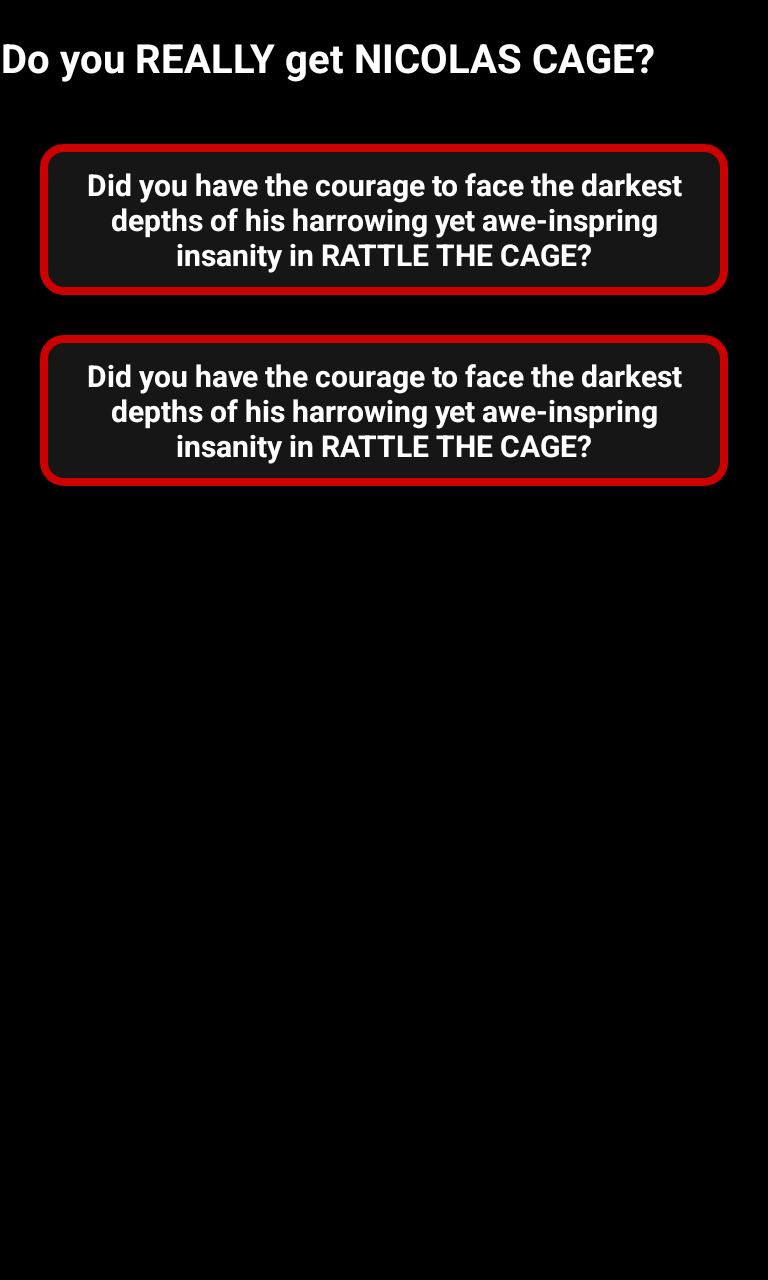
Repository: kylenicola/NicCageMobileApp
Layout: NicolasCageApp/res/layout/activity_score_menu.xml
These files come from the project's save history. The layout is drawn as it stood at one moment and after the next save; the edit follows.
It is drawn on a 768 x 1280 px phone screen (xhdpi) without system bars, with theme AppTheme; the app's code is not run.

Above is the layout before, as saved 2014-12-04 02:43:03.

After the next save:
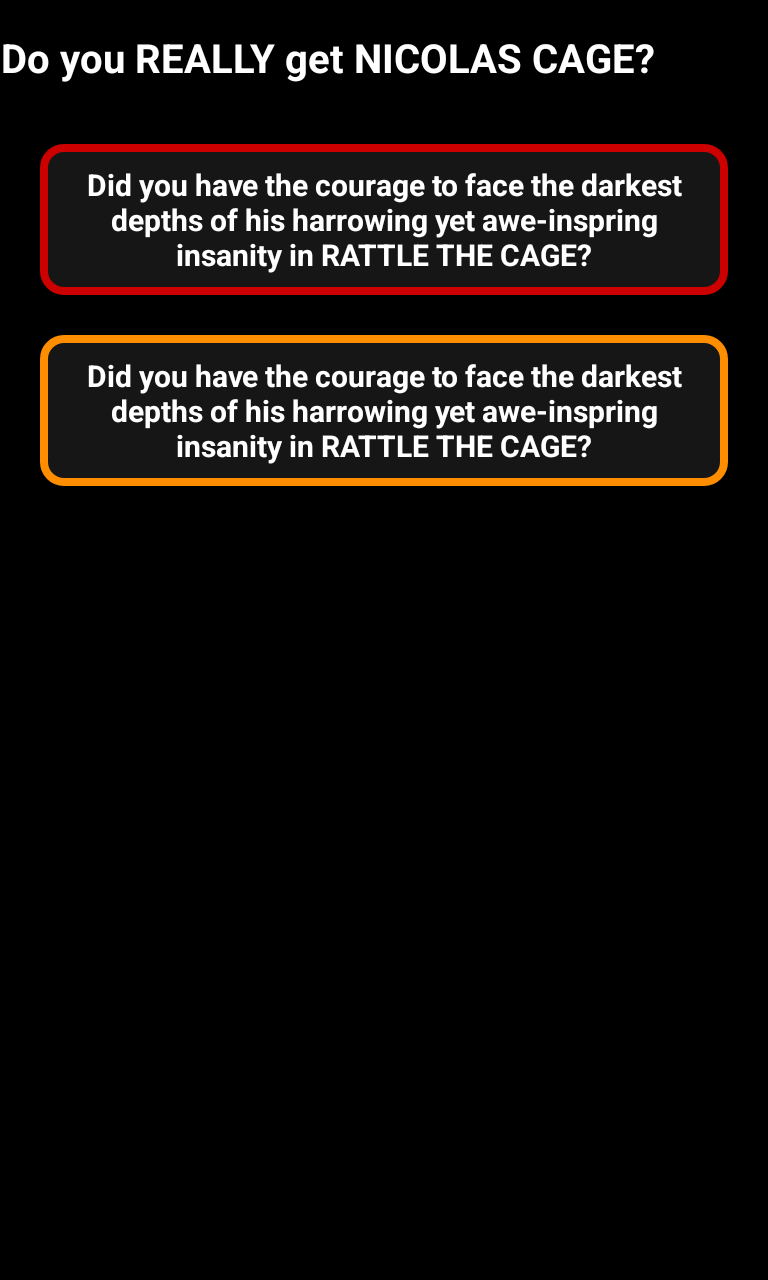
Saved 29 s later.
--- a/NicolasCageApp/res/layout/activity_score_menu.xml
+++ b/NicolasCageApp/res/layout/activity_score_menu.xml
@@ -41,7 +41,7 @@
 	    android:layout_marginTop="20dp"
 	    android:layout_marginLeft="20dp"
 	    android:layout_marginRight="20dp"
-	    android:background="@drawable/score_menu_rattlecage_button_style"
+	    android:background="@drawable/score_menu_abcs_button_style"
 	    android:text="@string/rattle_the_cage_score_description"
 	    android:textColor="@android:color/white"
 	    android:textStyle="bold"
